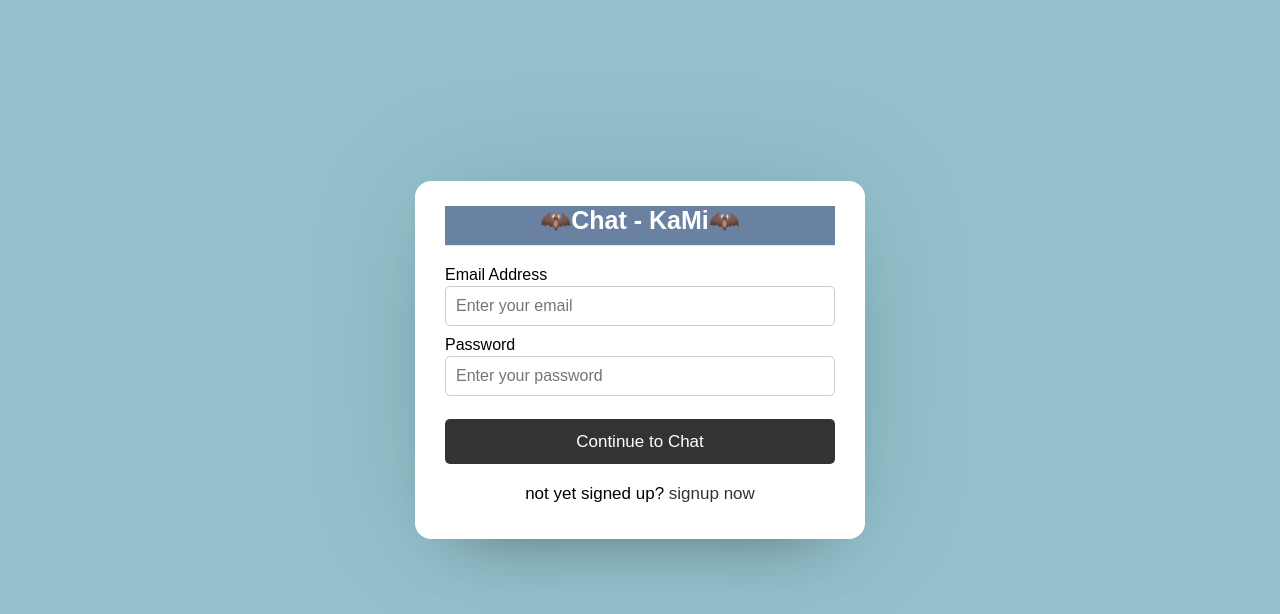
Repository: kananavy/CONQUER
Page: http://localhost/login.php
These files come from the project's save history. The page is drawn as it stood at one moment and after the next save; the edit follows.
The browser window is 1280 px wide. The pictures show the whole page.
The page is run by PHP 8.4 with error messages shown; the project is at /var/www/html/.

Above is the page before, as saved 2023-01-21 00:18:03.

After the next save:
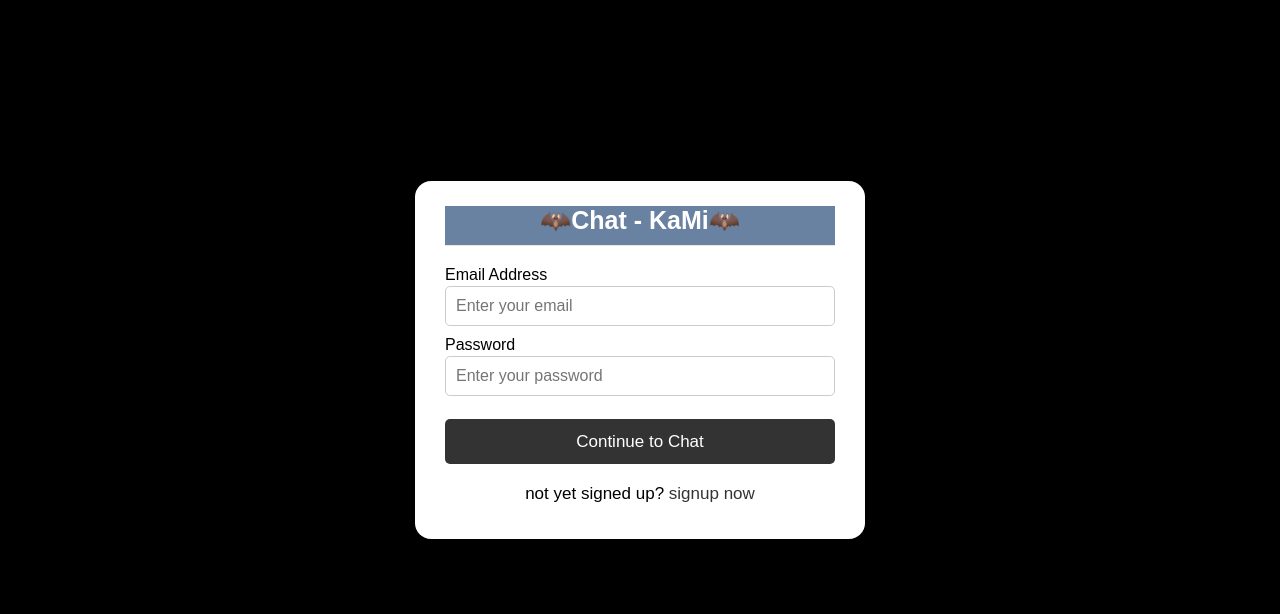
Saved 11 s later.
--- a/chat.css
+++ b/chat.css
@@ -10,7 +10,7 @@ body{
     align-items: center;
     justify-content: center;
     min-height: 100vh;
-    background-color: #94c1cc;
+    background-color: #000000;
 }
 .wrapper{
     background: #fff;
